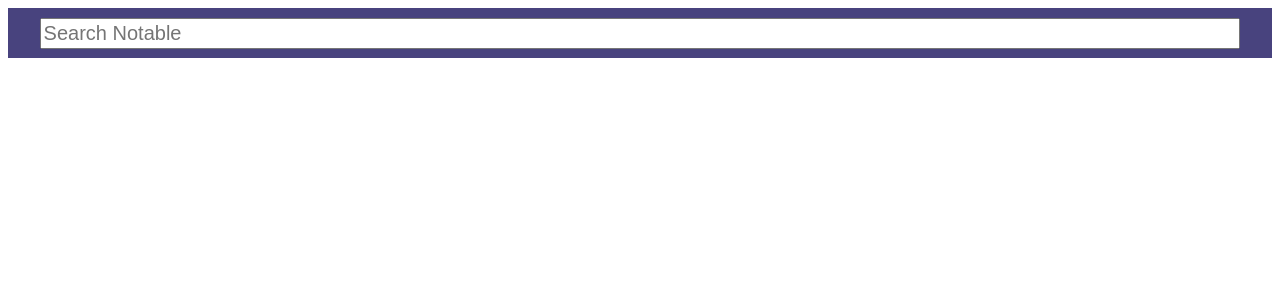
Repository: cvsschaitanya/test
Page: /
These files come from the project's save history. The page is drawn as it stood at one moment and after a run of saves; the edit follows.
The browser window is 1280 px wide. The pictures show the whole page.
The project was rebuilt for these pictures with package versions that can differ from the ones it lists, and the page was loaded fresh each time.

Above is the page before, as saved 2021-10-21 01:35:38.

### src/App.js
import NavBar from "./components/Navbar";

function App() {
	return (
		<div
			style={{
				width: "100%",
				height: "100%",
				backgroundColor: "grey",
			}}
		>
			<NavBar link={{}} />
		</div>
	);
}

export default App;

### src/components/Navbar.jsx
import React, { useState } from "react";
import "./NavBar.css";

import HighlightOffIcon from "@material-ui/icons/HighlightOff";
import ReorderIcon from "@material-ui/icons/Reorder";
import SearchIcon from "@material-ui/icons/Search";

function NavBar({ link }) {
	const menuItems = [
		"Marketplace",
		"Stats",
		"Guid",
		"Blog",
		"Profile",
		"Community",
		"Tokenomics",
		"About",
	];

	const [showLinks, setShowLinks] = useState(false);
	const [showSearchBar, setShowSearchBar] = useState(true);

	return (
		<div className="NavBar">
			{showSearchBar ? (
				<div className="SearchBar">
					<input type="text" placeholder="Search Notable" />
				</div>
			) : (
				<React.Fragment>
					<div className="Home">NOTABLE</div>
					<div className="Right">
						<button onClick={() => setShowSearchBar(true)}>
							<SearchIcon fontSize="large" />
						</button>
						{showLinks ? (
							<div className="links">
								{menuItems.map((item) => (
									<a href={link[item] || "/"}>{item}</a>
								))}
							</div>
						) : null}
						<button onClick={() => setShowLinks(!showLinks)}>
							{showLinks ? (
								<HighlightOffIcon fontSize="large" />
							) : (
								<ReorderIcon fontSize="large" />
							)}
						</button>
					</div>
				</React.Fragment>
			)}
		</div>
	);
}

export default NavBar;

### src/components/NavBar.css
button:hover {
	cursor: pointer;
}

.NavBar button {
	background-color: Transparent;
	border: none;
}

.NavBar {
	background-color: rgb(72, 67, 126);
	width: 100%;
	height: 50px;
	position: relative;
	display: flex;
}

.NavBar .SearchBar {
	margin: auto;
	width: 95%;
	height: 50%;
	display: flex;
	justify-content: center;
	align-items: center;
}

.NavBar .SearchBar input {
	font-size: 20px;
	width: 100%;
	height: 100%;
	display: flex;
	justify-content: center;
	align-items: center;
}

.NavBar .Home {
	color: black;
	font-size: 40px;
	font-family: "Courier New", Courier, monospace;
	font-weight: bold;
	margin-left: 15px;
	height: 100%;
	display: flex;
	justify-content: center;
	align-items: center;
}

.NavBar .Right {
	flex: 50%;
	display: flex;
	justify-content: right;
	margin-right: 10px;
	align-items: center;
}

.NavBar .Right .links {
	position: absolute;
	left: 0px;
	top: 80px;
	width: 100%;
	background-color: white;
	display: flex;
	flex-direction: column;
}

.NavBar .Right .links a {
	text-decoration: none;
	color: black;
	font-size: 25px;
	font-family: Arial, Helvetica, sans-serif;
	margin: 15px;
}

Loaded but not shown: public/index.html (common file); src/index.js (common file)

After the next 2 saves:
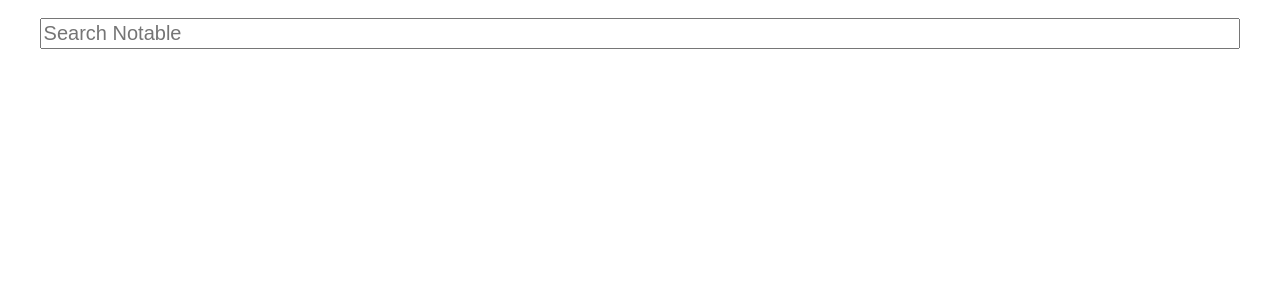
The 2 saves are shown as one change because they came seconds apart.
The last was saved 10 s later.
--- a/src/components/NavBar.css
+++ b/src/components/NavBar.css
@@ -8,7 +8,7 @@ button:hover {
 }
 
 .NavBar {
-	background-color: rgb(72, 67, 126);
+	background-color: white;
 	width: 100%;
 	height: 50px;
 	position: relative;
